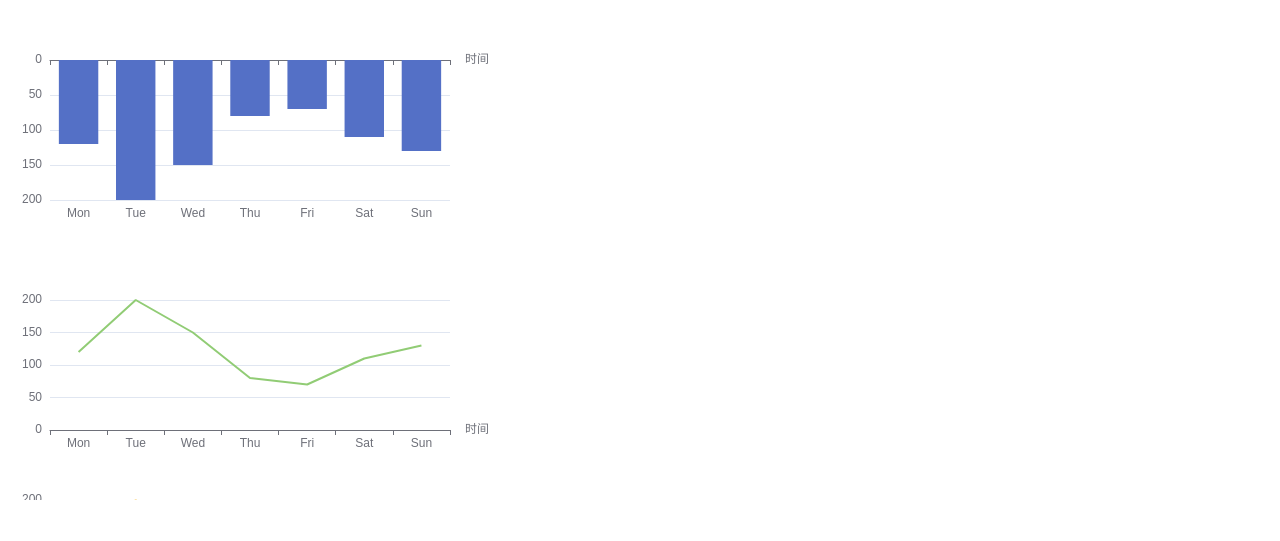
Repository: LeP-Ton/curve
Page: /
An editor plug-in stored every save of this project. The page is shown before and after the next save, followed by the edit.
The browser window is 1280 px wide. The pictures show the whole page.
The project was rebuilt for these pictures with package versions that can differ from the ones it lists, and the page was loaded fresh each time.

Above is the page before, as saved 2022-08-18 20:20:41.

After the next save:
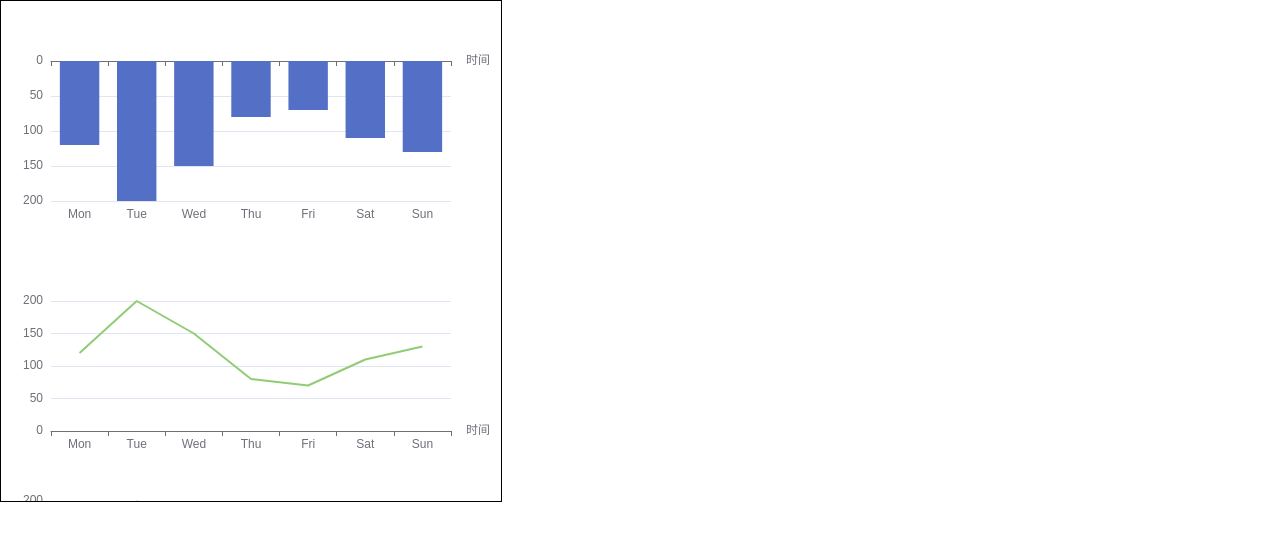
Saved 56 s later.
--- a/src/index.js
+++ b/src/index.js
@@ -83,7 +83,7 @@ const option = {
 };
 root.render(
   <React.StrictMode>
-    <Echart options={option} style={{width:'500px', height: "500px" ,border: '1px'}} />
+    <Echart options={option} style={{width:'500px', height: "500px" ,border: '1px solid'}} />
   </React.StrictMode>
 );
 
